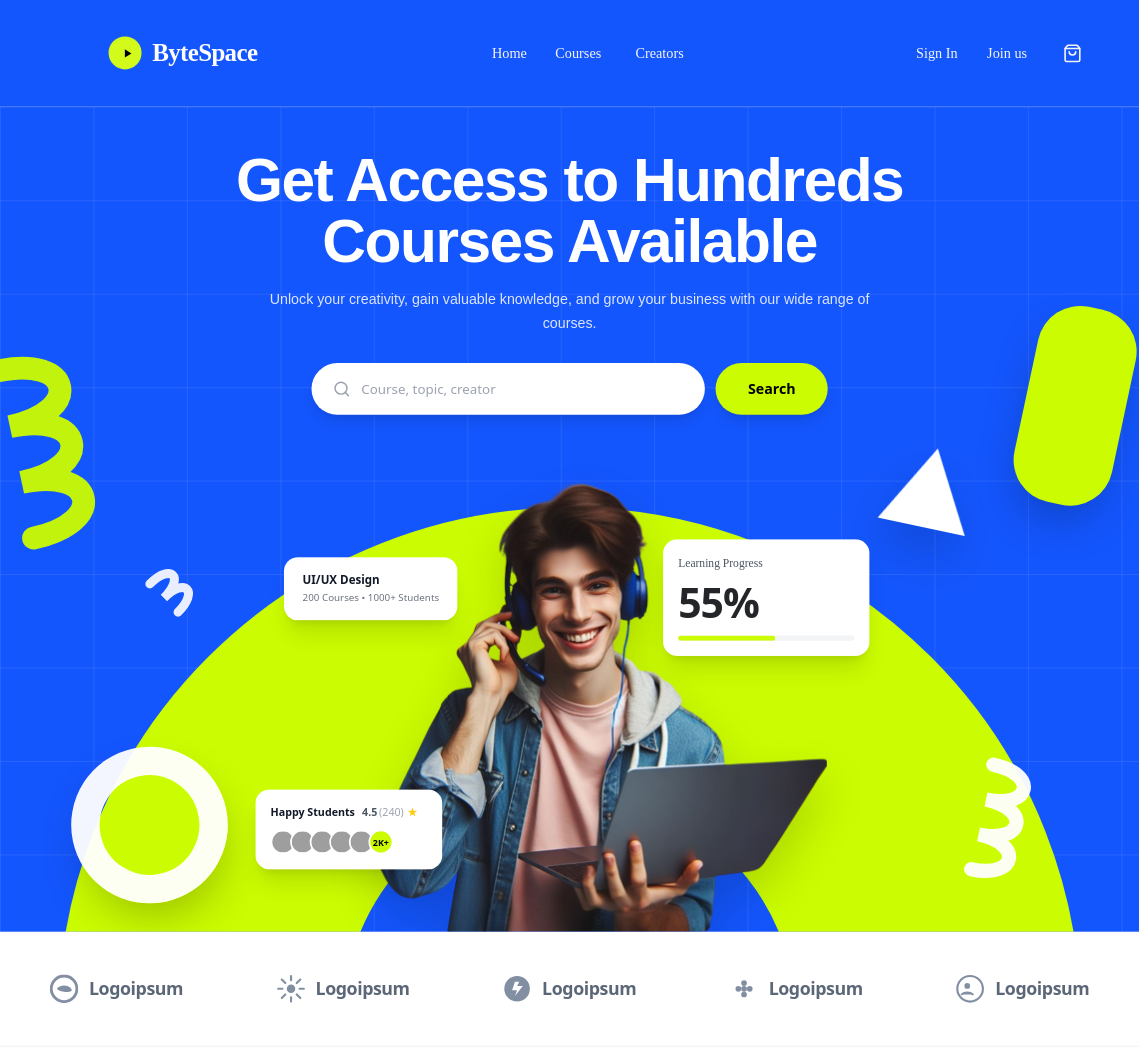
Repository: mdkawsarjomadder/bytespace
Page: /
An editor plug-in stored every save of this project. The page is shown before and after the next save, followed by the edit.
The browser window is 1280 px wide. The pictures show the whole page, at 89% of full size.
Pictures or frames that could not be fetched are drawn as grey boxes. Some web fonts or font styles are not loaded; a fallback is used. The project was rebuilt for these pictures with package versions that can differ from the ones it lists, and the page was loaded fresh each time. Also part of the build but not shown: vite.config.js.

Above is the page before, as saved 2026-09-29 19:07:28.

After the next save:
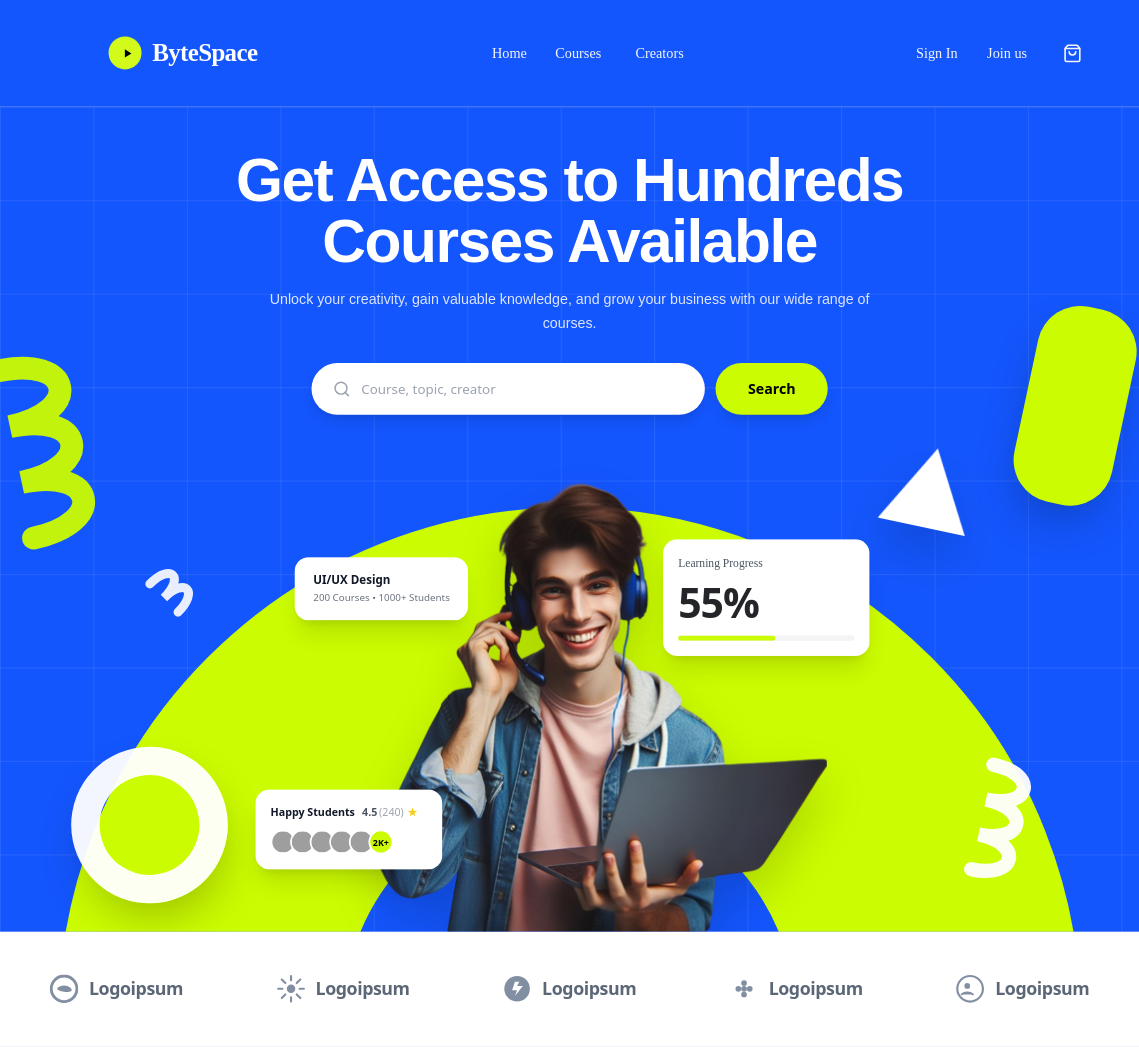
Saved 5 s later.
--- a/src/components/Hero.jsx
+++ b/src/components/Hero.jsx
@@ -149,7 +149,7 @@ const Hero = () => {
           />
 
           {/* Floating Card: UI/UX Design */}
-          <div className="absolute -left-8 top-[120px] z-30 bg-white text-black p-4 px-5 rounded-[16px] shadow-xl border border-white/40">
+          <div className="absolute -left-5 top-[120px] z-30 bg-white text-black p-4 px-5 rounded-[16px] shadow-xl border border-white/40">
             <span className="text-[13px] font-bold text-gray-900 block leading-tight">UI/UX Design</span>
             <span className="text-[11px] text-gray-500 font-medium mt-1 block">200 Courses • 1000+ Students</span>
           </div>
